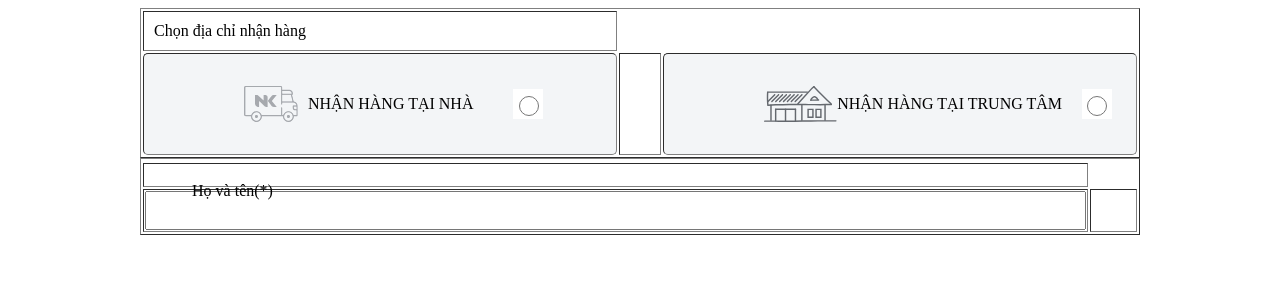
Repository: Tan-Khang21/TH_TKW--Buoi_04
Page: Bai_Tap_Tren_Lop/Bai_03/Bai_03.html
These files come from the project's save history. The page is drawn as it stood at one moment and after the next save; the edit follows.
The browser window is 1280 px wide. The pictures show the whole page.

Above is the page before, as saved 2024-03-08 20:40:03.

After the next save:
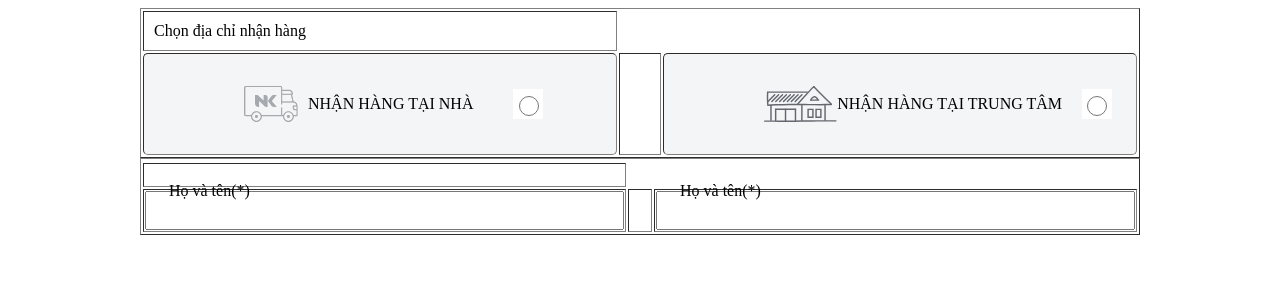
Saved 12 s later.
--- a/Bai_Tap_Tren_Lop/Bai_03/Bai_03.html
+++ b/Bai_Tap_Tren_Lop/Bai_03/Bai_03.html
@@ -398,6 +398,10 @@
             <input style=" width: 100%; box-sizing: border-box; padding: 10px 0px;" type="text"></div>
           </td>
           <td style="width: 20px;"> </td>
+          <td style="width: 475px;">
+            <div style="position: relative;"><span style="position: absolute; left: 5%; transform: translateY(-50%);"> Họ và tên<span>(*)</span></span>
+            <input style=" width: 100%; box-sizing: border-box; padding: 10px 0px;" type="text"></div>
+          </td>
         </tr>
       </table>
     </form>
